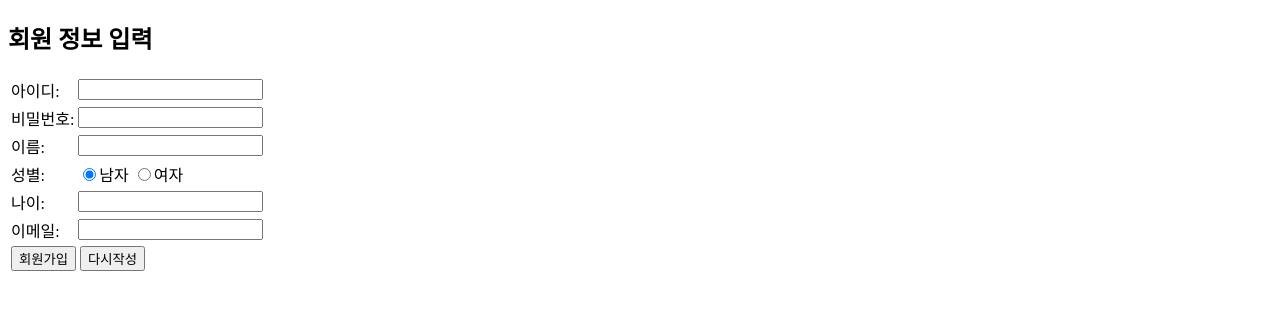
Repository: seminocoe/JSP_STUDY
Page: http://localhost/ServletProject/template/join.jsp
These files come from the project's save history. The page is drawn as it stood at one moment and after the next save; the edit follows.
The browser window is 1280 px wide. The pictures show the whole page.
The page is served by Tomcat 9. Nobody is signed in. The application's start-up code is not run. Other server files are loaded and not shown.

Above is the page before, as saved 2022-08-08 04:56:51.

### ServletProject/src/main/webapp/template/join.jsp
<%@ page language="java" contentType="text/html; charset=UTF-8"
    pageEncoding="UTF-8"%>
<!DOCTYPE html>
<html>
<head>
<meta charset="UTF-8">
<title>회원가입</title>
</head>
<body>
<section id="formArea">
<h1>회원 정보 입력</h1>
<form action="joinChk.jsp" method="post">
<table>
	<tr>
		<td><label for="id">아이디:</label></td>
		<td><input type="text" name="id" id="id"></td>
	</tr>

	<tr>
		<td><label for="pass">비밀번호:</label></td>
		<td><input type="password" name="pass" id="pass"></td>
	</tr>

	<tr>
		<td><label for="name">이름:</label></td>
		<td><input type="text" name="name" id="name"></td>
	</tr>

	<tr>
		<td><label for="gender">성별:</label></td>
		<td>
		<input type="radio" name="gender" id="gender" value="1" checked="checked">남자
		<input type="radio" name="gender" id="gender" value="2">여자</td>
	</tr>

	<tr>
		<td><label for="age">나이:</label></td>
		<td><input type="text" name="age" id="age"></td>
	</tr>

	<tr>
		<td><label for="email">이메일:</label></td>
		<td><input type="email" name="email" id="email"></td>
	</tr>

	<tr>
		<td colspan="2">
			<input type="submit" value="회원가입">
			<input type="reset" value="다시작성">
		</td>
	</tr>
</table>
</form>
</section>
</body>
</html>

After the next save:
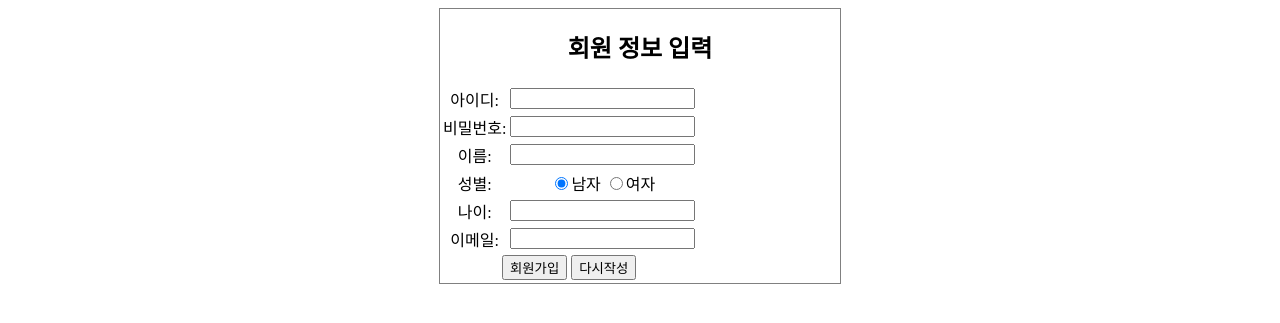
Saved 64 s later.
--- a/ServletProject/src/main/webapp/template/join.jsp
+++ b/ServletProject/src/main/webapp/template/join.jsp
@@ -5,6 +5,18 @@
 <head>
 <meta charset="UTF-8">
 <title>회원가입</title>
+<style type="text/css">
+	#formArea{
+		margin: auto;
+		width: 400px;
+		border: 1px solid gray;
+		text-align: center;
+	}
+
+	h1{
+		text-align: center;
+	}
+</style>
 </head>
 <body>
 <section id="formArea">
